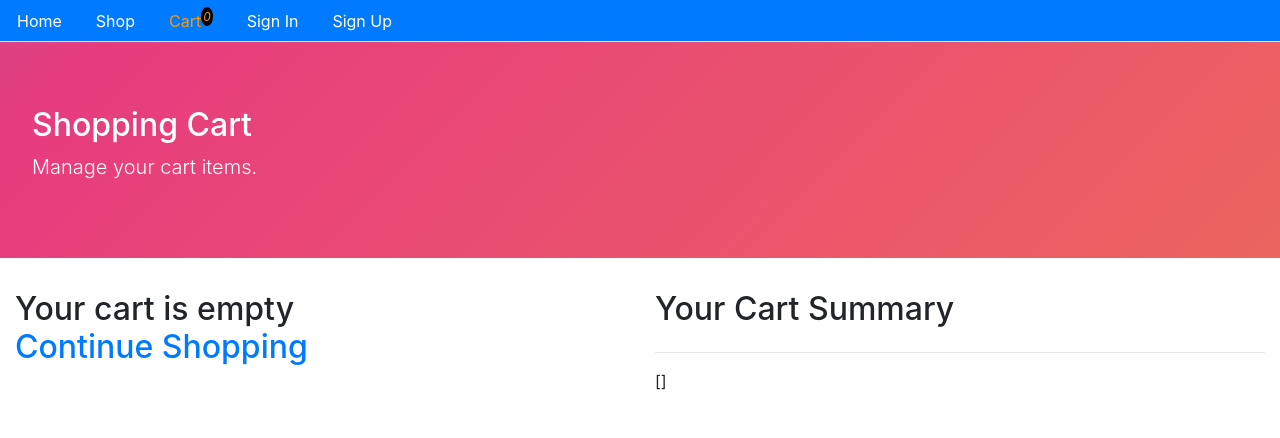
Repository: pragnyatata/Ecommerce
Page: /cart (app in ecommerce-front/)
These files come from the project's save history. The page is drawn as it stood at one moment and after the next save; the edit follows.
The browser window is 1280 px wide. The pictures show the whole page.
The project was rebuilt for these pictures with package versions that can differ from the ones it lists, and the page was loaded fresh each time. Also part of the build but not shown: ecommerce-front/src/user/Signup.js, ecommerce-front/src/user/Signin.js, ecommerce-front/src/core/ShowImage.js, ecommerce-front/src/core/Card.js, ecommerce-front/src/core/Search.js, ecommerce-front/src/core/Home.js, ecommerce-front/src/auth/PrivateRoute.js, ecommerce-front/src/user/UserDashboard.js and 10 more.

Above is the page before, as saved 2020-01-23 01:36:09.

### ecommerce-front/public/index.html
<!DOCTYPE html>
<html lang="en">
  <head>
    <meta charset="utf-8" />
    <link rel="icon" href="%PUBLIC_URL%/favicon.ico" />
    <meta name="viewport" content="width=device-width, initial-scale=1" />
    <meta name="theme-color" content="#000000" />
    <meta
      name="description"
      content="Web site created using create-react-app"
    />
    <link rel="apple-touch-icon" href="%PUBLIC_URL%/logo192.png" />
    <link rel="manifest" href="%PUBLIC_URL%/manifest.json" />
    <link
      rel="stylesheet"
      href="https://maxcdn.bootstrapcdn.com/bootstrap/4.0.0/css/bootstrap.min.css"
      integrity="sha384-Gn5384xqQ1aoWXA+058RXPxPg6fy4IWvTNh0E263XmFcJlSAwiGgFAW/dAiS6JXm"
      crossorigin="anonymous"
    />

    <title>React App</title>
  </head>
  <body>
    <noscript>You need to enable JavaScript to run this app.</noscript>
    <div id="root"></div>
  </body>
</html>

### ecommerce-front/src/index.js
import React from "react";
import ReactDOM from "react-dom";
// import App from "./App";
import Routes from "./Routes";
ReactDOM.render(<Routes />, document.getElementById("root"));

### ecommerce-front/src/Routes.js
import React, { Component } from "react";
import { BrowserRouter, Switch, Route } from "react-router-dom";
import Signup from "./user/Signup";
import Signin from "./user/Signin";
import Home from "./core/Home";
import PrivateRoute from "./auth/PrivateRoute";
import Dashboard from "./user/UserDashboard";
import AdminDashboard from "./user/AdminDashboard";
import AdminRoute from "./auth/AdminRoute";
import AddCategory from "./admin/AddCategory";
import AddProduct from "./admin/AddProduct";
import Shop from "./core/Shop";
import Product from "./core/Product";
import Cart from "./core/Cart";
const Routes = () => {
  return (
    <BrowserRouter>
      <Switch>
        <Route path="/" exact component={Home} />
        <Route path="/shop" exact component={Shop} />
        <Route path="/cart" exact component={Cart} />

        <Route path="/signin" exact component={Signin} />
        <Route path="/signup" exact component={Signup} />
        <Route path="/product/:productId" exact component={Product} />
        <PrivateRoute path="/user/dashboard" exact component={Dashboard} />
        <AdminRoute path="/admin/dashboard" exact component={AdminDashboard} />
        <AdminRoute path="/create/category" exact component={AddCategory} />
        <AdminRoute path="/create/product" exact component={AddProduct} />
      </Switch>
    </BrowserRouter>
  );
};
export default Routes;

### ecommerce-front/src/core/Cart.js
import React, { useState, useEffect } from "react";
import Layout from "./Layout";
import { getProducts } from "./apiCore";
import Card from "./Card";
import { getCart, removeItem } from "./cartHelpers";
import { Link } from "react-router-dom";
import Checkout from "./Checkout";

const Cart = () => {
  const [items, setItems] = useState([]);
  const [run, setRun] = useState(false);

  useEffect(() => {
    setItems(getCart());
  }, [run]);
  const showItems = items => {
    return (
      <div>
        <h2>{`Your cart has ${items.length} items`}</h2>
        <hr />
        {items.map((product, i) => (
          <Card
            key={i}
            product={product}
            showAddToCart={false}
            cartUpdate={true}
            showRemoveProduct={true}
            setRun={setRun}
            run={run}
          ></Card>
        ))}
      </div>
    );
  };
  const noItemsMessage = () => {
    return (
      <h2>
        Your cart is empty
        <br /> <Link to="/shop">Continue Shopping</Link>
      </h2>
    );
  };
  return (
    <Layout
      title="Shopping Cart"
      description="Manage your cart items."
      className="container-fluid"
    >
      <div className="row">
        <div className="col-6">
          {items.length > 0 ? showItems(items) : noItemsMessage()}
        </div>
        <div className="col-6">
          <h2 className="mb-4">Your Cart Summary</h2>
          <hr />
          <Checkout products={items}></Checkout>
        </div>
      </div>
    </Layout>
  );
};
export default Cart;

### ecommerce-front/src/core/Layout.js
import React from "react";
import Menu from "./Menu";
import "../styles.css";
const Layout = ({
  title = "Title",
  description = "Description",
  className,
  children
}) => (
  <div>
    <Menu />
    <div className="jumbotron">
      <h2>{title}</h2>
      <p className="lead">{description}</p>
    </div>
    <div className={className}>{children}</div>
  </div>
);
export default Layout;

### ecommerce-front/src/auth/index.js
import { API } from "../config";

export const signup = user => {
  return fetch(`${API}/signup`, {
    method: "POST",
    dataType: "json",
    headers: {
      Accept: "application/json",
      "Content-Type": "application/json"
    },
    body: JSON.stringify(user)
  })
    .then(response => response.json())
    .then(response => {
      return response;
    })
    .catch(err => console.log(err));
};
export const signin = user => {
  return fetch(`${API}/signin`, {
    method: "POST",
    dataType: "json",
    headers: {
      Accept: "application/json",
      "Content-Type": "application/json"
    },
    body: JSON.stringify(user)
  })
    .then(response => response.json())
    .then(response => {
      return response;
    })
    .catch(err => console.log(err));
};
export const authenticate = (data, next) => {
  if (typeof window !== "undefined")
    localStorage.setItem("jwt", JSON.stringify(data));
  next();
};
export const signout = next => {
  if (typeof window !== "undefined") {
    localStorage.removeItem("jwt");
    next();
    return fetch(`${API}/signout`, {
      method: "GET"
    })
      .then(response => {
        console.log("signout", response);
      })
      .catch(err => console.log(err));
  }
};
export const isAuthenticated = () => {
  if (typeof window === "undefined") {
    return false;
  }
  if (localStorage.getItem("jwt")) {
    return JSON.parse(localStorage.getItem("jwt"));
  } else return false;
};

### ecommerce-front/src/core/apiCore.js
import { API } from "../config";
import queryString from "query-string";
export const getProducts = sortBy => {
  return fetch(`${API}/products?sortBy=${sortBy}&order=desc&limit=6`, {
    method: "GET"
  })
    .then(response => response.json())
    .then(response => {
      console.log(response);
      return response;
    })
    .catch(err => console.log(err));
};
export const getCategories = () => {
  return fetch(`${API}/categories`, {
    method: "GET"
  })
    .then(response => response.json())
    .then(response => {
      return response;
    })
    .catch(err => console.log(err));
};
export const getFilteredProducts = (skip, limit, filters = {}) => {
  const data = { limit, skip, filters };
  return fetch(`${API}/products/by/search`, {
    method: "POST",
    dataType: "json",
    headers: {
      Accept: "application/json",
      "Content-Type": "application/json"
    },
    body: JSON.stringify(data)
  })
    .then(response => response.json())
    .then(response => {
      return response;
    })
    .catch(err => console.log(err));
};
export const list = params => {
  const query = queryString.stringify(params);
  console.log(query);
  return fetch(`${API}/products/search?${query}`, {
    method: "GET"
  })
    .then(response => response.json())
    .then(response => {
      console.log(response);
      return response;
    })
    .catch(err => console.log(err));
};
export const read = productId => {
  return fetch(`${API}/product/${productId}`, {
    method: "GET"
  })
    .then(response => response.json())
    .then(response => {
      return response;
    })
    .catch(err => console.log(err));
};
export const listRelated = productId => {
  return fetch(`${API}/products/related/${productId}`, {
    method: "GET"
  })
    .then(response => response.json())
    .then(response => {
      return response;
    })
    .catch(err => console.log(err));
};

### ecommerce-front/src/core/cartHelpers.js
export const addItem = (item = [], next) => {
  let cart = [];
  if (typeof window !== "undefined") {
    if (localStorage.getItem("cart")) {
      cart = JSON.parse(localStorage.getItem("cart"));
    }
    if (cart.length > 0) {
      let index = -1;
      for (var i = 0; i < cart.length; i++) {
        if (cart[i]._id === item._id) {
          index = i;
        }
      }
      console.log(index);
      if (index === -1) cart.push({ ...item, count: 1 });
      else cart[index].count = cart[index].count + 1;
    } else {
      cart.push({ ...item, count: 1 });
    }
    console.log(cart);

    localStorage.setItem("cart", JSON.stringify(cart));
    next();
  }
};
export const itemTotal = () => {
  if (typeof window !== "undefined") {
    if (localStorage.getItem("cart")) {
      return JSON.parse(localStorage.getItem("cart")).length;
    }
  }
  return 0;
};
export const getCart = () => {
  if (typeof window !== "undefined") {
    if (localStorage.getItem("cart")) {
      return JSON.parse(localStorage.getItem("cart"));
    }
  }
  return [];
};
export const updateItem = (productId, count) => {
  let cart = [];
  if (typeof window !== "undefined") {
    if (localStorage.getItem("cart")) {
      cart = JSON.parse(localStorage.getItem("cart"));
    }
    cart.map((product, i) => {
      if (product._id === productId) cart[i].count = count;
    });
    localStorage.setItem("cart", JSON.stringify(cart));
  }
};
export const removeItem = productId => {
  let cart = [];
  if (typeof window !== "undefined") {
    if (localStorage.getItem("cart")) {
      cart = JSON.parse(localStorage.getItem("cart"));
    }
    cart.map((product, i) => {
      if (product._id === productId) cart.splice(cart[i], 1);
    });
    localStorage.setItem("cart", JSON.stringify(cart));
  }
  return cart;
};

### ecommerce-front/src/core/Checkout.js
import React, { useState, useEffect } from "react";
import Layout from "./Layout";
import { getProducts } from "./apiCore";
import Card from "./Card";

const Checkout = ({ products }) => {
  return <div>{JSON.stringify(products)}</div>;
};
export default Checkout;

### ecommerce-front/src/core/Menu.js
import React, { Fragment } from "react";
import { Link, withRouter } from "react-router-dom";
import { signout, isAuthenticated } from "../auth";
import { itemTotal } from "./cartHelpers";
const isActive = (history, path) => {
  if (history.location.pathname === path) return { color: "#ff9900" };
  return { color: "#ffffff" };
};

const Menu = ({ history }) => (
  <div>
    <ul className="nav nav-tabs bg-primary">
      <li className="nav-item">
        <Link className="nav-link" style={isActive(history, "/")} to="/">
          Home
        </Link>
      </li>
      <li className="nav-item">
        <Link
          className="nav-link"
          style={isActive(history, "/shop")}
          to="/shop"
        >
          Shop
        </Link>
      </li>
      <li className="nav-item">
        <Link
          className="nav-link"
          style={isActive(history, "/cart")}
          to="/cart"
        >
          Cart
          <sup>
            <small className="cart-badge">{itemTotal()}</small>
          </sup>
        </Link>
      </li>
      {!isAuthenticated() && (
        <Fragment>
          <li className="nav-item">
            <Link
              className="nav-link"
              style={isActive(history, "/signin")}
              to="/signin"
            >
              Sign In{" "}
            </Link>
          </li>
          <li className="nav-item">
            <Link
              className="nav-link"
              style={isActive(history, "/signup")}
              to="/signup"
            >
              Sign Up
            </Link>
          </li>
        </Fragment>
      )}
      {isAuthenticated() && (
        <li className="nav-item">
          <span
            className="nav-link"
            style={{ cursor: "pointer", color: "#ffffff" }}
            onClick={() =>
              signout(() => {
                history.push("/");
              })
            }
          >
            Sign Out
          </span>
        </li>
      )}
      {isAuthenticated() && isAuthenticated().user.role === 0 && (
        <li className="nav-item">
          <Link
            className="nav-link"
            style={isActive(history, "/user/dashboard")}
            to="/user/dashboard"
          >
            Dashboard
          </Link>
        </li>
      )}
      {isAuthenticated() && isAuthenticated().user.role === 1 && (
        <li className="nav-item">
          <Link
            className="nav-link"
            style={isActive(history, "/admin/dashboard")}
            to="/admin/dashboard"
          >
            Dashboard
          </Link>
        </li>
      )}
    </ul>
  </div>
);
export default withRouter(Menu);

### ecommerce-front/src/styles.css
.btn,
.jumbotron,
.nav:hover {
  border-radius: 0px;
}

/* product image on card */

.product-img {
  min-height: 100px;
}
.jumbotron {
  width: 30wh;
  height: 30vh;
  color: #fff;
  background: linear-gradient(-45deg, #ee7752, #e73c7e, #23a6d5, #23d5ab);
  background-size: 400% 400%;
  -webkit-animation: Gradient 15s ease infinite;
  -moz-animation: Gradient 15s ease infinite;
  animation: Gradient 15s ease infinite;
}

@-webkit-keyframes Gradient {
  0% {
    background-position: 0% 50%;
  }
  50% {
    background-position: 100% 50%;
  }
  100% {
    background-position: 0% 50%;
  }
}

@-moz-keyframes Gradient {
  0% {
    background-position: 0% 50%;
  }
  50% {
    background-position: 100% 50%;
  }
  100% {
    background-position: 0% 50%;
  }
}

@keyframes Gradient {
  0% {
    background-position: 0% 50%;
  }
  50% {
    background-position: 100% 50%;
  }
  100% {
    background-position: 0% 50%;
  }
}
/* single product page */
.name {
  background: indigo;
  color: #fff;
  font-weight: bold;
}

.black-10 {
  background: #f2f2f2;
}
.black-9 {
  background: #e6e6e6;
}
.black-8 {
  background: #d9d9d9;
}
.black-7 {
  background: #cccccc;
}
.black-6 {
  background: #bfbfbf;
}
.black-5 {
  background: #b3b3b3;
}

.cart-badge,
.cart-badge:hover {
  border-radius: 50%;
  padding: 2px;
  font-size: 12px;
  font-style: italic;
  background: black;
}

### ecommerce-front/src/config.js
export const API = "http://localhost:8000/api";

After the next save:
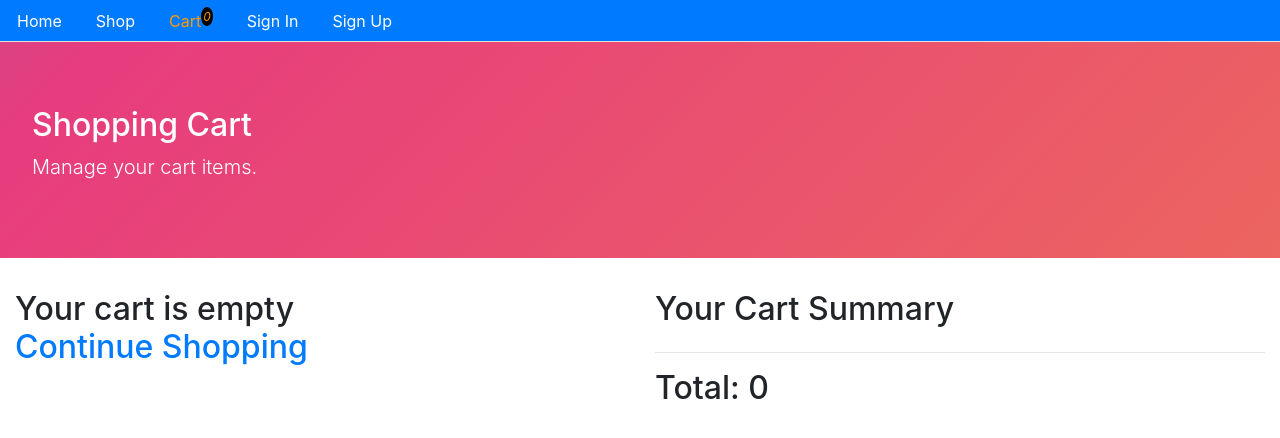
Saved 11 min 37 s later.
--- a/ecommerce-front/src/core/Checkout.js
+++ b/ecommerce-front/src/core/Checkout.js
@@ -4,6 +4,15 @@ import { getProducts } from "./apiCore";
 import Card from "./Card";
 
 const Checkout = ({ products }) => {
-  return <div>{JSON.stringify(products)}</div>;
+  const getTotal = () => {
+    return products.reduce((currentValue, nextValue) => {
+      return currentValue + nextValue.count * currentValue.price;
+    }, 0);
+  };
+  return (
+    <div>
+      <h2> Total: {getTotal()}</h2>
+    </div>
+  );
 };
 export default Checkout;
